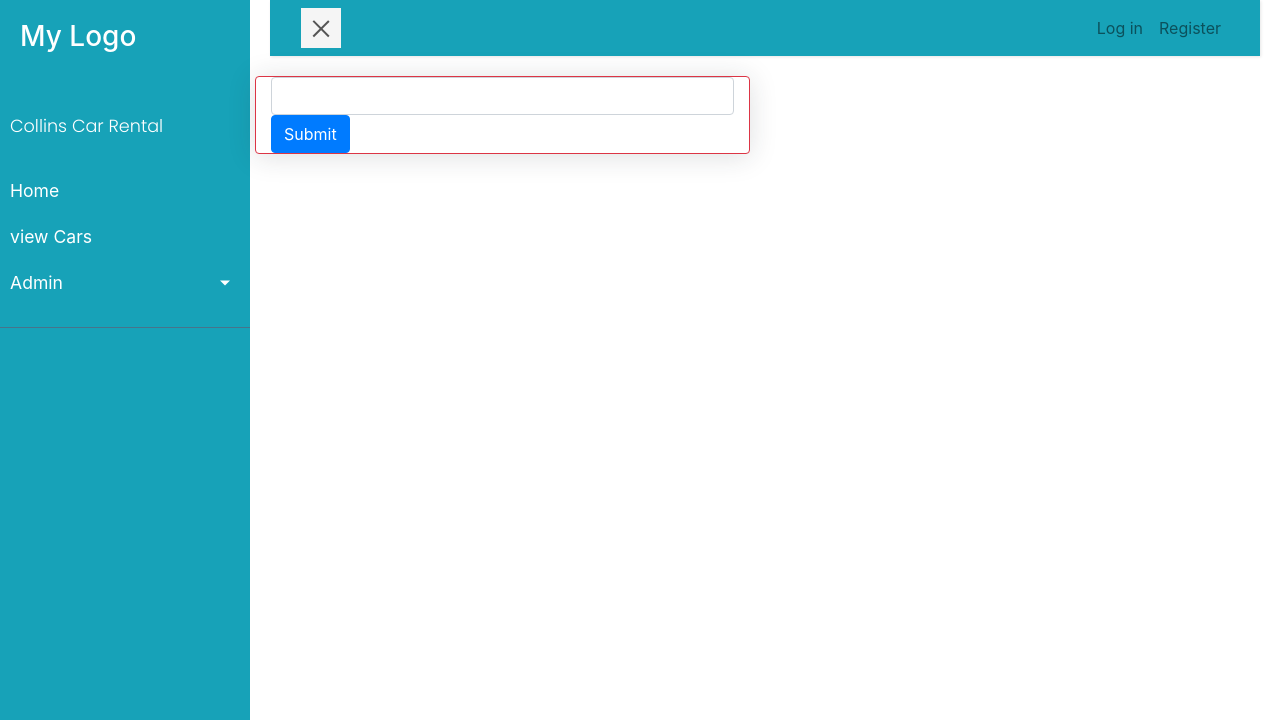
Repository: Cwills21/Aiti-dbc26.1-group-2
Page: http://localhost/admin/add
These files come from the project's save history. The page is drawn as it stood at one moment and after the next save; the edit follows.
The browser window is 1280 px wide. The pictures show the whole page.
Some web libraries are served in a nearby version. The page is served by the project's Laravel application, run on PHP 8.4 with Laravel 8. Queries for data that is not in the repository find no rows.

Above is the page before, as saved 2022-03-17 22:31:10.
Console error: ReferenceError: $ is not defined

After the next save:
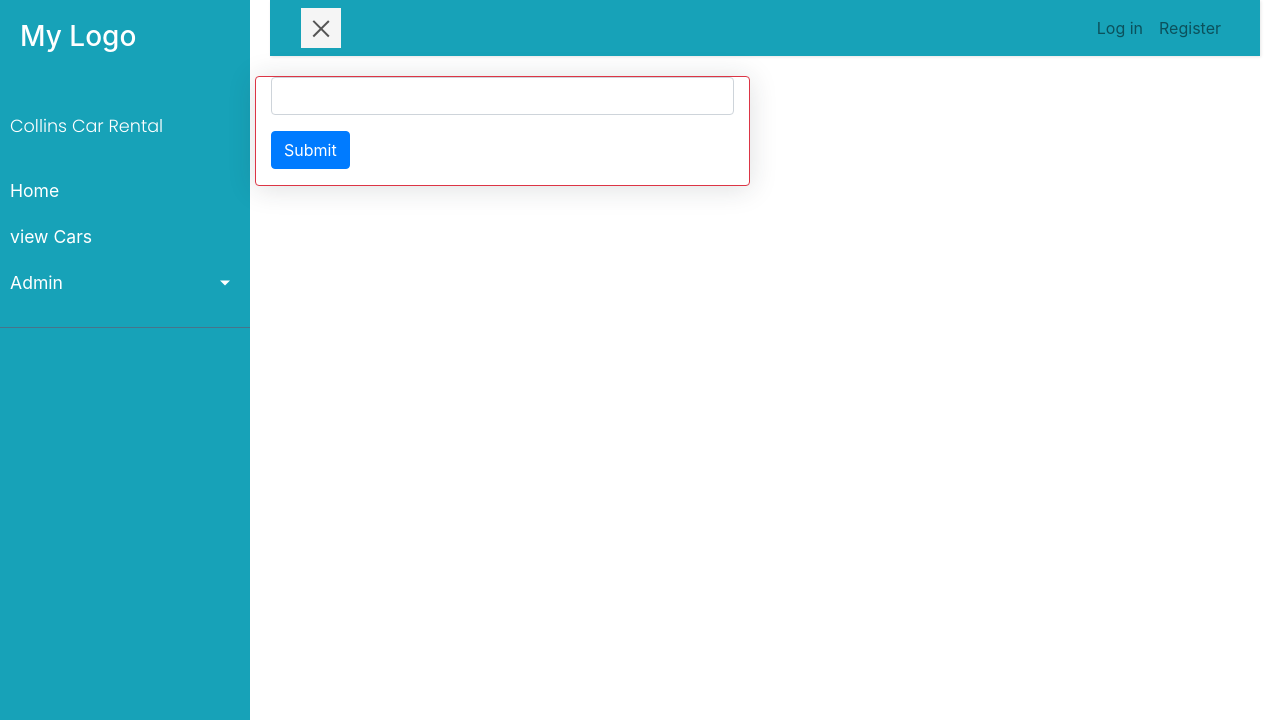
Saved 102 s later.
--- a/resources/views/admins/add_admin.blade.php
+++ b/resources/views/admins/add_admin.blade.php
@@ -6,13 +6,17 @@
 <div class="row col-md-6 card border border-danger container">
 <form action="/admins" method="POST" enctype="multipart/form-data">
     @csrf
+    <div class="form-group">
 <select name="admin_id" class="js-example-placeholder-single js-states form-control">
   <option></option>
   @foreach ($admins as $admin)
   <option value="{{$admin->id}}">{{$admin->name}}  [{{$admin->email}}]</option>
   @endforeach
  </select>
- <button type="submit" class="btn btn-primary ">Submit</button>
+    </div>
+ <div class="form-group">
+ <button type="submit" class="btn btn-primary form-controll ">Submit</button>
+</div>
 </form>
 </div>
 
